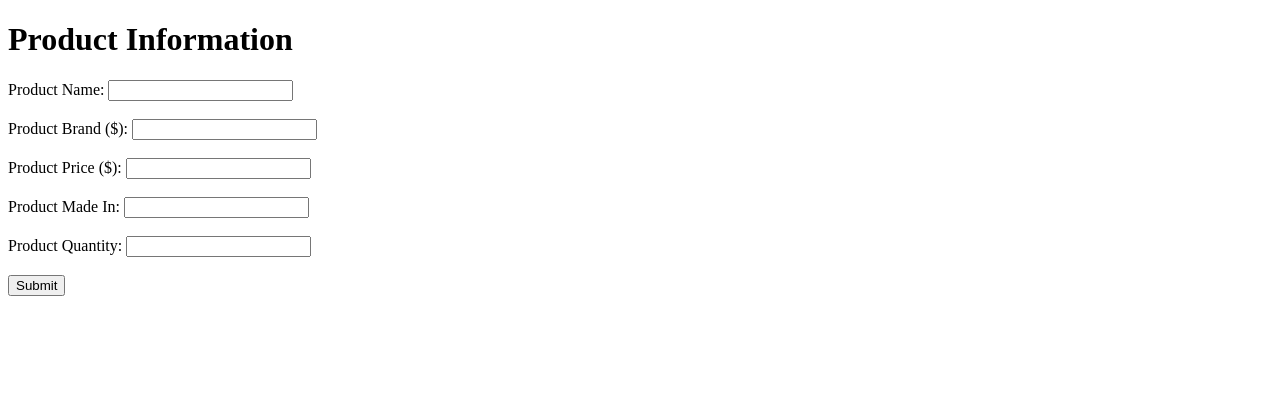
Repository: sohail1810/Product
Page: http://localhost/add-product
An editor plug-in stored every save of this project. The page is shown before and after the next save, followed by the edit.
The browser window is 1280 px wide. The pictures show the whole page.
The page is this project's Thymeleaf template; nobody is signed in. The template is opened directly, without the code that normally fills it, so the values that code supplies are empty.

Above is the page before, as saved 2024-12-18 06:51:53.

After the next save:
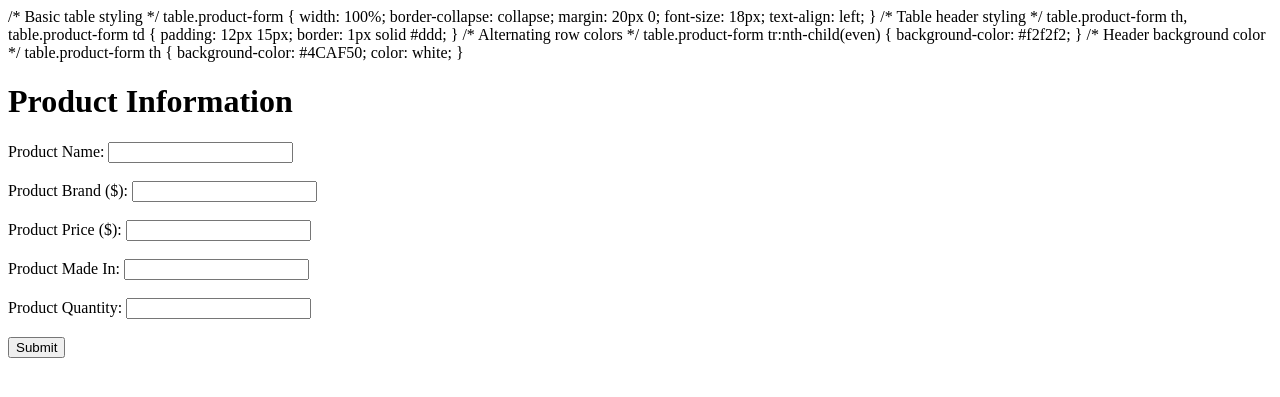
Saved 5 min 4 s later.
--- a/SpringBootMVC-1/src/main/resources/templates/add-product.html
+++ b/SpringBootMVC-1/src/main/resources/templates/add-product.html
@@ -2,7 +2,32 @@
 <html>
 <head>
 <meta charset="UTF-8">
-<title>Insert title here</title>
+/* Basic table styling */
+table.product-form {
+    width: 100%;
+    border-collapse: collapse;
+    margin: 20px 0;
+    font-size: 18px;
+    text-align: left;
+}
+
+/* Table header styling */
+table.product-form th, table.product-form td {
+    padding: 12px 15px;
+    border: 1px solid #ddd;
+}
+
+/* Alternating row colors */
+table.product-form tr:nth-child(even) {
+    background-color: #f2f2f2;
+}
+
+/* Header background color */
+table.product-form th {
+    background-color: #4CAF50;
+    color: white;
+}
+
 </head>
 <body>
 <!DOCTYPE html>

After the save that followed:
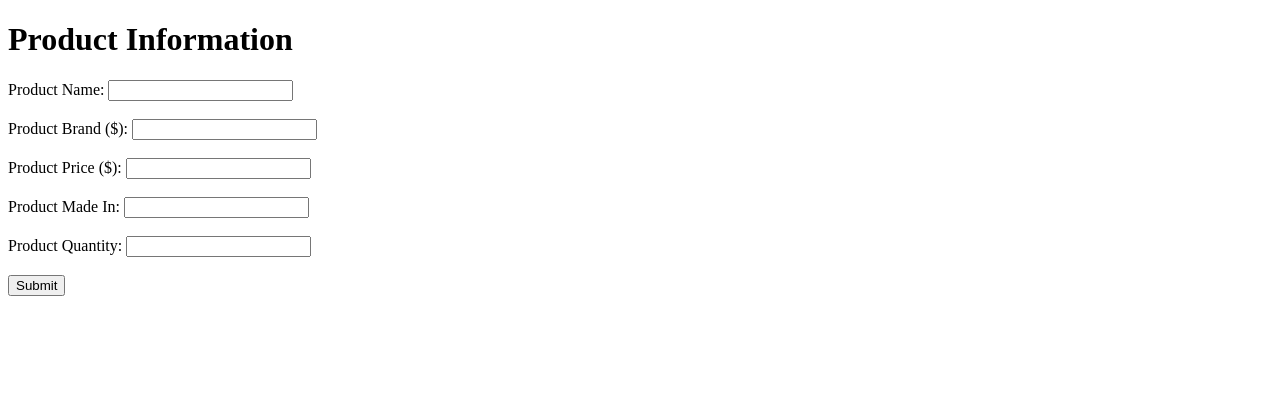
Saved 5 min 50 s later.
--- a/SpringBootMVC-1/src/main/resources/templates/add-product.html
+++ b/SpringBootMVC-1/src/main/resources/templates/add-product.html
@@ -2,31 +2,6 @@
 <html>
 <head>
 <meta charset="UTF-8">
-/* Basic table styling */
-table.product-form {
-    width: 100%;
-    border-collapse: collapse;
-    margin: 20px 0;
-    font-size: 18px;
-    text-align: left;
-}
-
-/* Table header styling */
-table.product-form th, table.product-form td {
-    padding: 12px 15px;
-    border: 1px solid #ddd;
-}
-
-/* Alternating row colors */
-table.product-form tr:nth-child(even) {
-    background-color: #f2f2f2;
-}
-
-/* Header background color */
-table.product-form th {
-    background-color: #4CAF50;
-    color: white;
-}
 
 </head>
 <body>
